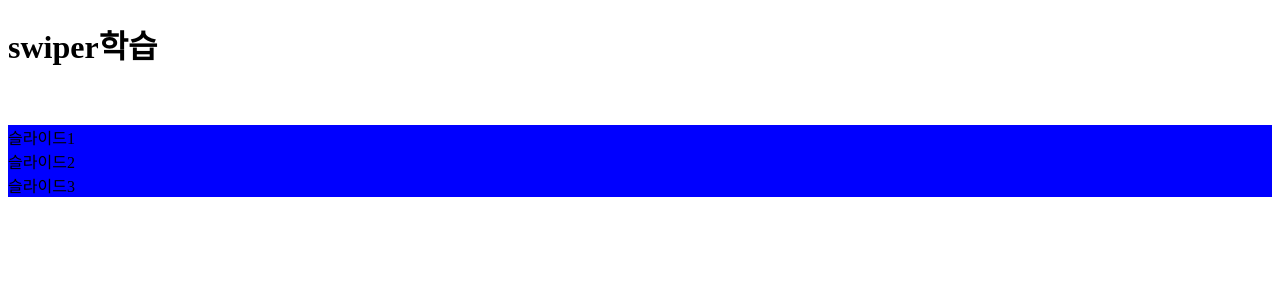
Repository: hans9170/test11
Page: onehouse/src/main/webapp/swiper/swiper.html
These files come from the project's save history. The page is drawn as it stood at one moment and after the next save; the edit follows.
The browser window is 1280 px wide. The pictures show the whole page.

Above is the page before, as saved 2025-02-05 08:20:58.

### onehouse/src/main/webapp/swiper/swiper.html
<!DOCTYPE html>
<html>
<head>
<meta charset="UTF-8">
<title>Insert title here</title>
</head>
<body>
	<h1>swiper학습</h1>
	<br><br>

	<div class='swiper'>
		<div class='swiper-wrapper'>
			<div class='swiper-slider' style="background: blue">슬라이드1</div>
			<div class='swiper-slider' style="background: blue">슬라이드2</div>
			<div class='swiper-slider' style="background: blue">슬라이드3</div>
		</div>
		<div class='swiper-button-prev'></div>
		<div class='swiper-button-next'></div>
	</div>
</body>
</html>

After the next save:
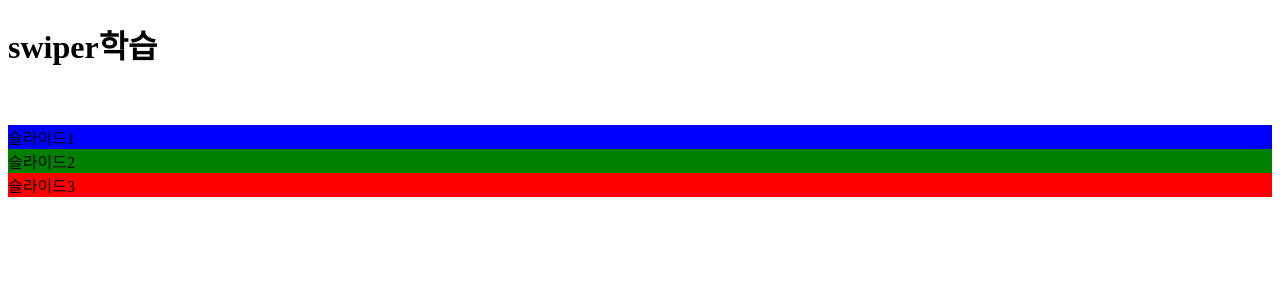
Saved 11 s later.
--- a/onehouse/src/main/webapp/swiper/swiper.html
+++ b/onehouse/src/main/webapp/swiper/swiper.html
@@ -11,8 +11,8 @@
 	<div class='swiper'>
 		<div class='swiper-wrapper'>
 			<div class='swiper-slider' style="background: blue">슬라이드1</div>
-			<div class='swiper-slider' style="background: blue">슬라이드2</div>
-			<div class='swiper-slider' style="background: blue">슬라이드3</div>
+			<div class='swiper-slider' style="background: green">슬라이드2</div>
+			<div class='swiper-slider' style="background: red">슬라이드3</div>
 		</div>
 		<div class='swiper-button-prev'></div>
 		<div class='swiper-button-next'></div>
